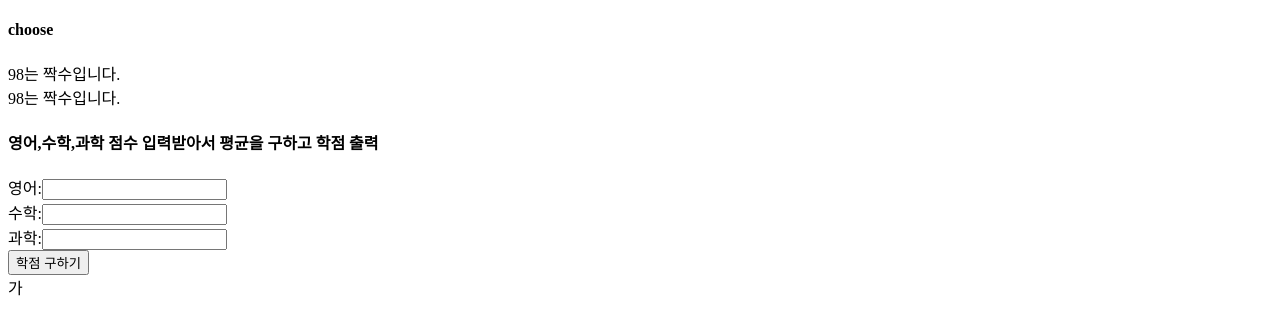
Repository: parkho96/testnum2
Page: http://localhost/jspstudy/11JSTL/Choose.jsp
These files come from the project's save history. The page is drawn as it stood at one moment and after the next save; the edit follows.
The browser window is 1280 px wide. The pictures show the whole page.
The page is served by Tomcat 9. Other server files are loaded and not shown. The template is opened directly, without the code that normally fills it, so the values that code supplies are empty.

Above is the page before, as saved 2023-04-10 02:47:53.

### workjsp/jspstudy/src/main/webapp/11JSTL/Choose.jsp
<%@ page language="java" contentType="text/html; charset=UTF-8"
    pageEncoding="UTF-8"%>
<%@ taglib prefix="c" uri="http://java.sun.com/jsp/jstl/core" %>
<!DOCTYPE html>
<html>
<head>
<meta charset="UTF-8">
<title>JSTL core choose/when/otherwise</title>
</head>
<body>

	<c:set var="num" value= "98"/>

	<h4>choose</h4>

	<c:choose>
		<c:when test="${num mod 2 eq 0}">
			${num}는 짝수입니다.
		</c:when>
		<c:when test="${num mod 2 eq 1}">
			${num}는 홀수입니다.
		</c:when>
	</c:choose>
	<br>
	<c:choose>
		<c:when test="${num mod 2 eq 0}">
			${num}는 짝수입니다.
		</c:when>
		<c:otherwise>
			${num}는 홀수입니다.
		</c:otherwise>
	</c:choose>


	<h4>영어,수학,과학 점수 입력받아서 평균을 구하고 학점 출력</h4>
	<form>
		영어:<input type="text" name="eng"/><br>
		수학:<input type="text" name="math"/><br>
		과학:<input type="text" name="esc"/><br>
		<input type="submit" value="학점 구하기"/>
	</form>
	<!-- 90이상 수, 80이상 우, 70이상 미, 60이상 양, 나머지 가 -->
	<!-- 평균점수 : ??? / 학점 : ?? -->
	<c:choose>
		<c:when test="${value > 90}">
			수
		</c:when>
		<c:when test="${value > 80}">
			우
		</c:when>
		<c:when test="${value > 70}">
			미
		</c:when>
		<c:when test="${value > 60}">
			양
		</c:when>
		<c:otherwise>
			가
		</c:otherwise>
	</c:choose>


</body>
</html>

After the next save:
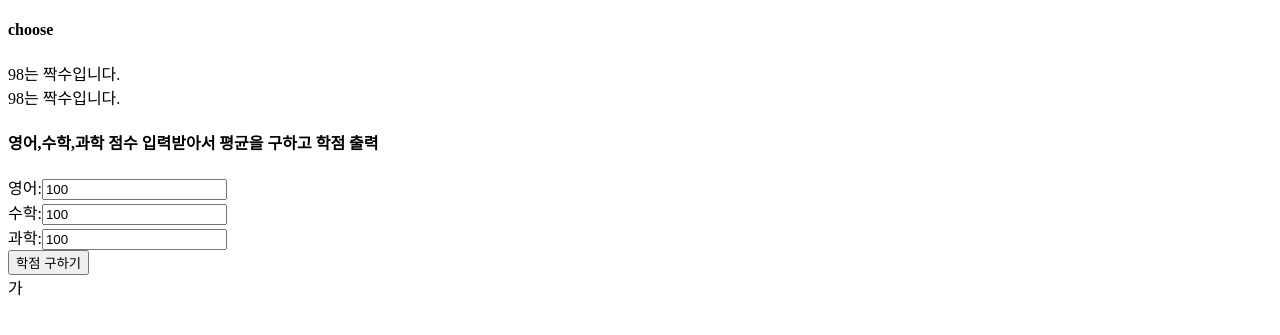
Saved 2 min 29 s later.
--- a/workjsp/jspstudy/src/main/webapp/11JSTL/Choose.jsp
+++ b/workjsp/jspstudy/src/main/webapp/11JSTL/Choose.jsp
@@ -34,9 +34,9 @@
 
 	<h4>영어,수학,과학 점수 입력받아서 평균을 구하고 학점 출력</h4>
 	<form>
-		영어:<input type="text" name="eng"/><br>
-		수학:<input type="text" name="math"/><br>
-		과학:<input type="text" name="esc"/><br>
+		영어:<input type="text" name="eng" value = "100"/><br>
+		수학:<input type="text" name="math" value = "100"/><br>
+		과학:<input type="text" name="esc" value = "100"/><br>
 		<input type="submit" value="학점 구하기"/>
 	</form>
 	<!-- 90이상 수, 80이상 우, 70이상 미, 60이상 양, 나머지 가 -->
